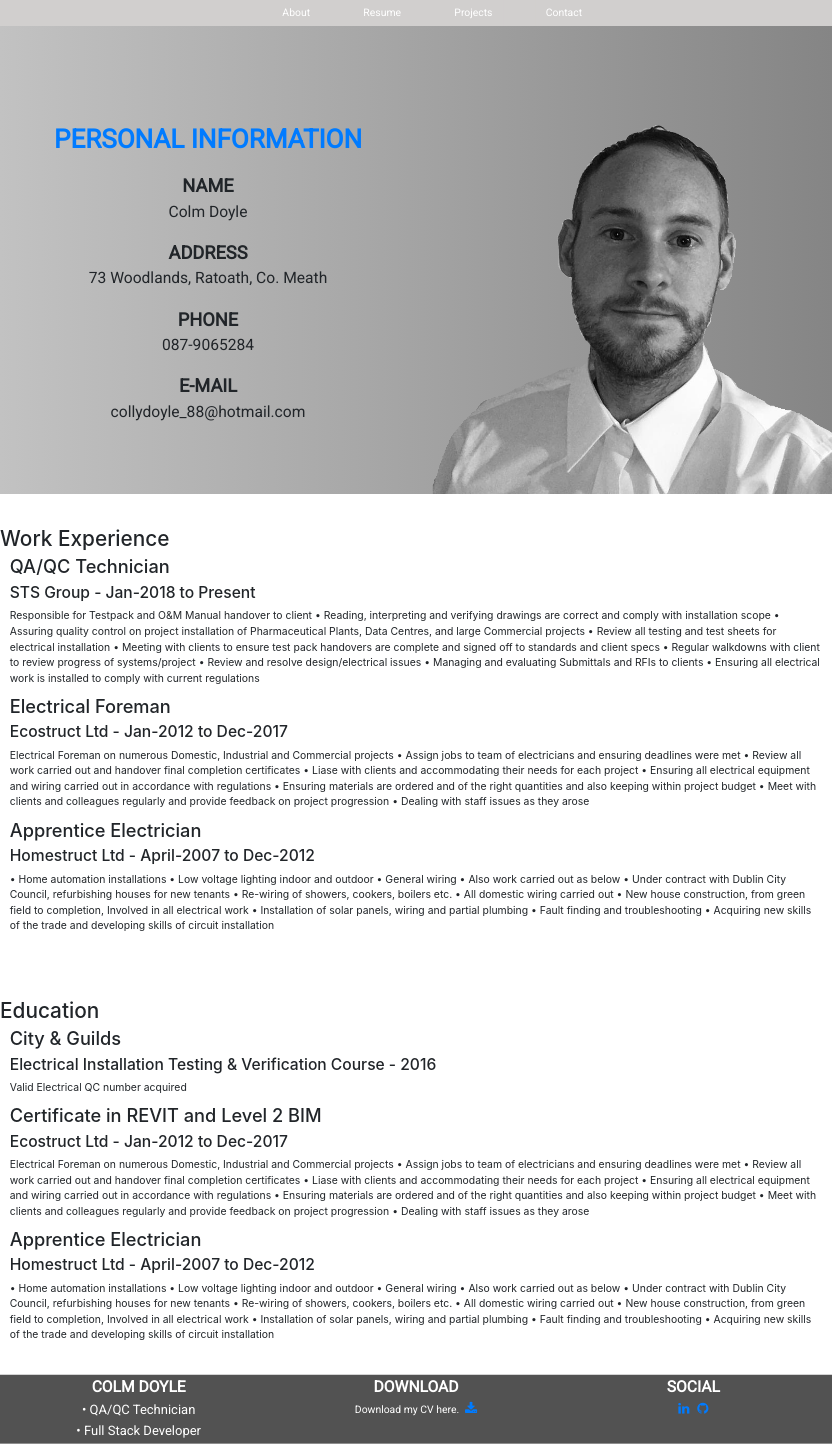
Repository: Code-Institute-Submissions/collyd21-milestone1
Page: resume.html
The author's editor kept a record of every edit. The page is drawn from the files as they stood at one moment, then again after the next edit.
The browser window is 1280 px wide. The pictures show the whole page, at 65% of full size.
Some web libraries are served in a nearby version.

Above is the page before.

### resume.html
<!DOCTYPE html>
<html lang="en">

<head>
    <meta charset="UTF-8">
    <meta name="viewport" content="width=device-width, initial-scale=1.0">
    <meta http-equiv="X-UA-Compatible" content="ie=edge">
    <link rel="stylesheet" href="https://maxcdn.bootstrapcdn.com/bootstrap/4.2.1/css/bootstrap.min.css" type="text/css" />
    <link rel="stylesheet" href="https://stackpath.bootstrapcdn.com/font-awesome/4.7.0/css/font-awesome.min.css" type="text/css" />
    <link href="https://fonts.googleapis.com/css?family=Roboto&display=swap" rel="stylesheet">
    <link rel="stylesheet" href="assets/css/style.css">
    <title>Colm Doyle - Personal Profile</title>
</head>

<body>
    <!------------------------------------------Navbar-------------------------------------->

    <ul class="nav justify-content-center">
        <li class="nav-item">
            <a class="nav-link" href="index.html">About</a>
        </li>
        <li class="nav-item">
            <a class="nav-link" href="resume.html">Resume</a>
        </li>
        <li class="nav-item">
            <a class="nav-link" href="projects.html">Projects</a>
        </li>
        <li class="nav-item">
            <a class="nav-link" href="contact.html">Contact</a>
        </li>
    </ul>

    <!------------------------------------------Header-------------------------------------->

    <header class="jumbotron-fluid" id="main-view">
        <div class="container-fluid no-gutters">
            <div class="row">
                <div class="col-6 heading" id="resume">
                    <h1 class="uppercase-jumbo">Personal Information</h1>
                    <br>
                    <h3 class="uppercase">Name</h3>
                    <h4>Colm Doyle</h4>
                    <br>
                    <h3 class="uppercase">Address</h3>
                    <h4>73 Woodlands, Ratoath, Co. Meath</h4>
                    <br>
                    <h3 class="uppercase">Phone</h3>
                    <h4>087-9065284</h4>
                    <br>
                    <h3 class="uppercase">E-mail</h3>
                    <h4>collydoyle_88@hotmail.com</h4>
                    <br>
                </div>
            </div>
        </div>
    </header>

    <!------------------------------------------Work Experience-------------------------------------->

    <section class="container-fluid">
        <div class="row">
            <h2 class="top-margin">Work Experience</h2>
            <div class="col-12 work-experience">
                <h3>QA/QC Technician</h3>
                <h4>STS Group - Jan-2018 to Present</h4>
                <p>Responsible for Testpack and O&M Manual handover to client • Reading, interpreting and verifying drawings are correct and comply with installation scope • Assuring quality control on project installation of Pharmaceutical Plants, Data
                    Centres, and large Commercial projects • Review all testing and test sheets for electrical installation • Meeting with clients to ensure test pack handovers are complete and signed off to standards and client specs • Regular walkdowns
                    with client to review progress of systems/project • Review and resolve design/electrical issues • Managing and evaluating Submittals and RFIs to clients • Ensuring all electrical work is installed to comply with current regulations</p>
            </div>
            <div class="col-12 work-experience">
                <h3>Electrical Foreman</h3>
                <h4>Ecostruct Ltd - Jan-2012 to Dec-2017</h4>
                <p>Electrical Foreman on numerous Domestic, Industrial and Commercial projects • Assign jobs to team of electricians and ensuring deadlines were met • Review all work carried out and handover final completion certificates • Liase with clients
                    and accommodating their needs for each project • Ensuring all electrical equipment and wiring carried out in accordance with regulations • Ensuring materials are ordered and of the right quantities and also keeping within project budget
                    • Meet with clients and colleagues regularly and provide feedback on project progression • Dealing with staff issues as they arose</p>
            </div>
            <div class="col-12 work-experience">
                <h3>Apprentice Electrician</h3>
                <h4>Homestruct Ltd - April-2007 to Dec-2012</h4>
                <p class="bottom-margin">• Home automation installations • Low voltage lighting indoor and outdoor • General wiring • Also work carried out as below • Under contract with Dublin City Council, refurbishing houses for new tenants • Re-wiring of showers, cookers,
                    boilers etc. • All domestic wiring carried out • New house construction, from green field to completion, Involved in all electrical work • Installation of solar panels, wiring and partial plumbing • Fault finding and troubleshooting
                    • Acquiring new skills of the trade and developing skills of circuit installation
                </p>
            </div>
    </section>

     <!------------------------------------------Education-------------------------------------->

    <section class="container-fluid">
        <div class="row">
            <h2 class="top-margin">Education</h2>
            <div class="col-12 work-experience">
                <h3>City & Guilds</h3>
                <h4>Electrical Installation Testing & Verification Course - 2016</h4>
                <p>Valid Electrical QC number acquired</p>
            </div>
            <div class="col-12 work-experience">
                <h3>Certificate in REVIT and Level 2 BIM</h3>
                <h4>Ecostruct Ltd - Jan-2012 to Dec-2017</h4>
                <p>Electrical Foreman on numerous Domestic, Industrial and Commercial projects • Assign jobs to team of electricians and ensuring deadlines were met • Review all work carried out and handover final completion certificates • Liase with clients
                    and accommodating their needs for each project • Ensuring all electrical equipment and wiring carried out in accordance with regulations • Ensuring materials are ordered and of the right quantities and also keeping within project budget
                    • Meet with clients and colleagues regularly and provide feedback on project progression • Dealing with staff issues as they arose</p>
            </div>
            <div class="col-12 work-experience">
                <h3>Apprentice Electrician</h3>
                <h4>Homestruct Ltd - April-2007 to Dec-2012</h4>
                <p class="bottom-margin">• Home automation installations • Low voltage lighting indoor and outdoor • General wiring • Also work carried out as below • Under contract with Dublin City Council, refurbishing houses for new tenants • Re-wiring of showers, cookers,
                    boilers etc. • All domestic wiring carried out • New house construction, from green field to completion, Involved in all electrical work • Installation of solar panels, wiring and partial plumbing • Fault finding and troubleshooting
                    • Acquiring new skills of the trade and developing skills of circuit installation
                </p>
            </div>
    </section>
    <!------------------------------------------Footer-------------------------------------->

    <footer class="container-fluid">
        <div class="row" id="footer">
            <div class="col-sm-4 ">
                <h4 class="uppercase footer">Colm Doyle</h4>
                <h5>• QA/QC Technician</h5>
                <h5>• Full Stack Developer</h5>
            </div>
            <div class="col-sm-4">
                <h4 class="uppercase">Download</h4>
                <p class="inline-block">
                    Download my CV here.
                    <a href="assets/pdfs/colm-cv.pdf" target="_blank" class="cv-pdf">
                        <i class="fa fa-download" aria-hidden="true"></i>
                        <span class="sr-only">Download link</span>
                    </a>
                </p>
            </div>
            <div class="col-sm-4">
                <h4 class="uppercase">Social</h4>
                <ul class="list-inline social-links">
                    <li class="list-inline-item">
                        <a target="_blank" href="https://linkedin.com/in/colm-doyle-88b0b6164">
                            <i class="fa fa-linkedin" aria-hidden="true"></i>
                            <span class="sr-only">LinkedIn</span>
                     </a>
                    </li>
                    <li class="list-inline-item">
                        <a target="_blank" href="https://github.com/collyd21">
                            <i class="fa fa-github " aria-hidden="true"></i>
                            <span class="sr-only">Github</span>
                        </a>

            </div>
    </footer>
</body>

</html>

### assets/css/style.css
/*-----------------------------------------------Navbar----------------------------------------*/

.nav {
    background-color: #d1cfce;

}

.nav-link {
    font-family: 'Roboto', sans-serif;
    color: #fff;
    margin-left: 50px;
    background-color: #d1cfce;
}

ul.nav a:hover {
    color: #007bff
}

/*-----------------------------------------------Header/Jumbotron----------------------------------------*/

#main-view {
    background-position: bottom;
    background-image: url('../images/main3.png'), linear-gradient(to right, #c2c2c2 0%, #858585 100%);
    background-size: cover;
    height: 100vh;
    width: 100vw;
    margin-bottom: 0px;
}

#about {
    font-family: 'Roboto', sans-serif;
    top: 250px;
    text-align: center;
}

/*-----------------------------------------------3 Questions----------------------------------------*/

#questions {
    font-family: 'Roboto', sans-serif;
    margin-top: 25px;
    margin-bottom: 25px;
    text-align: center;
}

.question-margin {
    margin-bottom: 25px;
}

.uppercase {
    text-transform: uppercase;
    font-weight: bold;
}

.uppercase-jumbo {
    text-transform: uppercase;
    font-weight: bold;
    color: #007bff
}

#questions i {
    font-size: 30px;
    color: #007bff;
    text-align: center;
    margin-right: 15px;
}


/*-----------------------------------------------Footer----------------------------------------*/

.inline-block {
    display: inline-block;
}

#footer {
    padding-top: 5px;
    font-family: 'Roboto', sans-serif;
    background-color: #525252;
    color: #fff;
    text-align: center;
    position: relative;
}

.cv-pdf i {
    padding-left: 5px;
    font-size: 20px;
}


.social-links li a i {
    font-size: 20px;
}

/*--------------------------------------------Work History */


#resume {
    font-family: 'Roboto', sans-serif;
    top: 150px;
    text-align: center;
}

/*--------------------------------------------Work History */

.top-margin {
    margin-top: 50px;
}

.work-history {
    text-align: center;
}

.work-history h3 {
    color: #007bff;
}

.work-history p {
    color: #525252;
    margin-left: 30px;
    margin-right: 30px;
}

.bottom-margin {
    margin-bottom: 50px;
}

After the next edit:
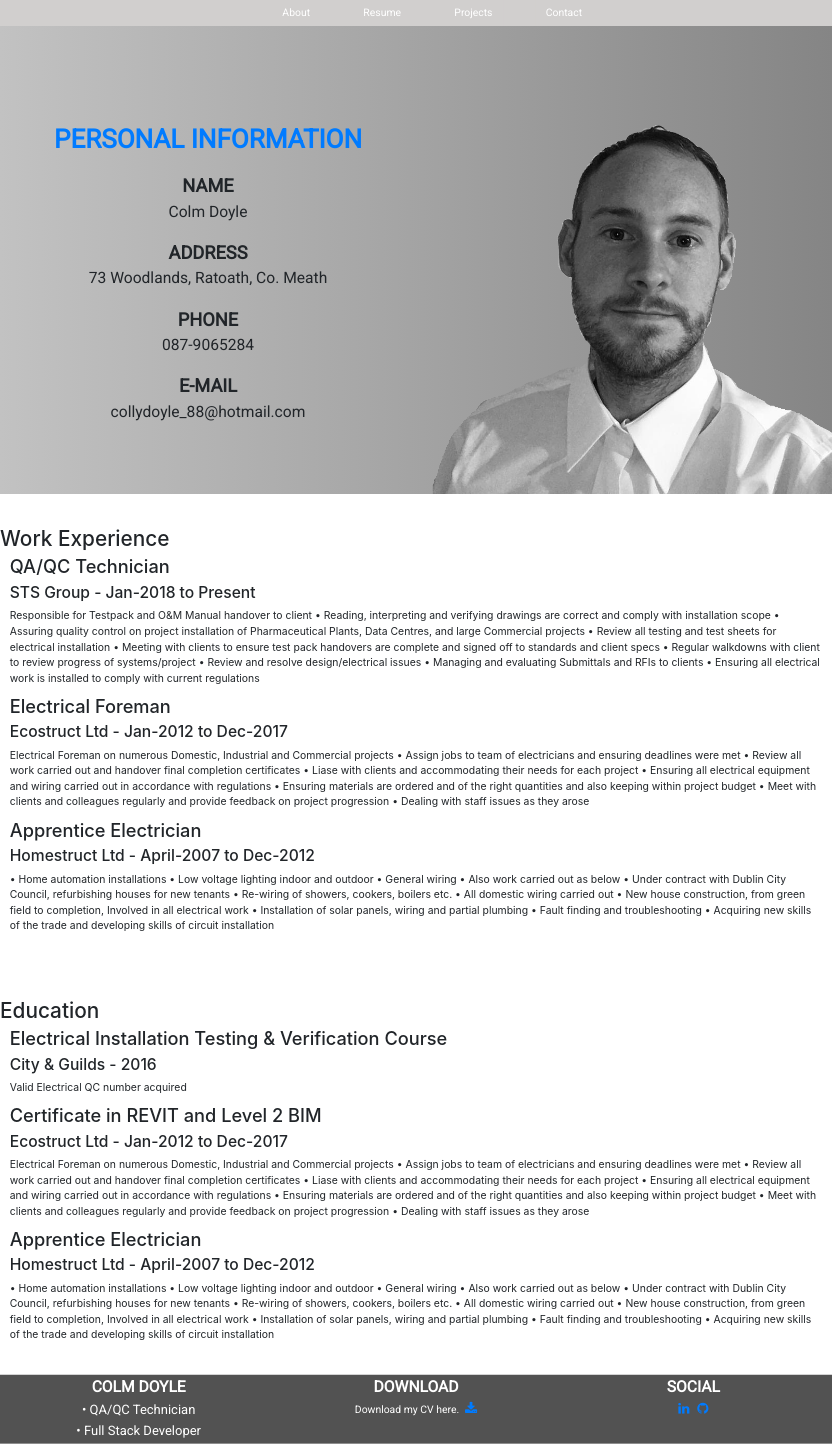
The edit:
--- a/resume.html
+++ b/resume.html
@@ -90,8 +90,8 @@
         <div class="row">
             <h2 class="top-margin">Education</h2>
             <div class="col-12 work-experience">
-                <h3>City & Guilds</h3>
-                <h4>Electrical Installation Testing & Verification Course - 2016</h4>
+                <h3>Electrical Installation Testing & Verification Course</h3>
+                <h4>City & Guilds - 2016</h4>
                 <p>Valid Electrical QC number acquired</p>
             </div>
             <div class="col-12 work-experience">
